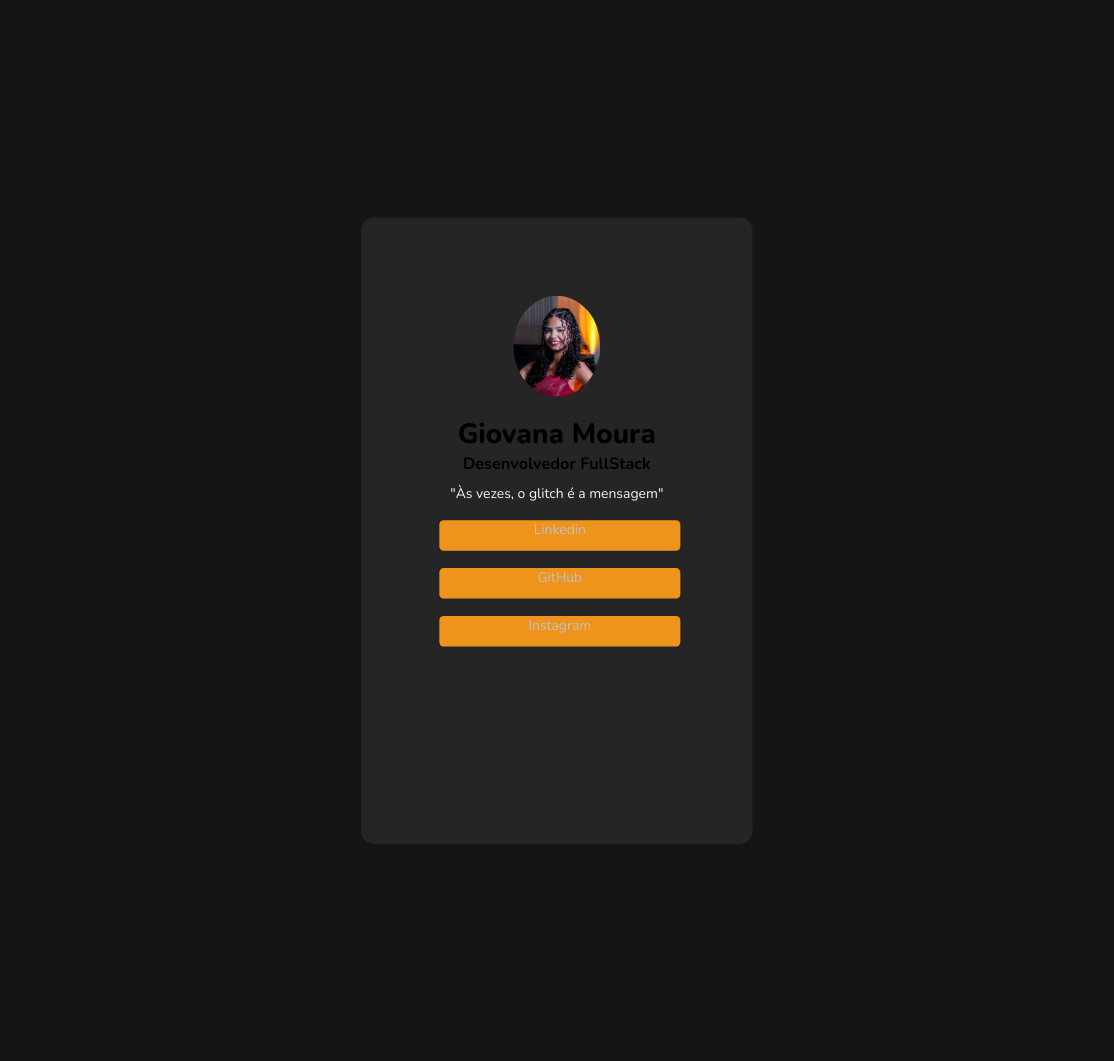
Repository: gimoli/linktree-giovana
Page: index.html
These files come from the project's save history. The page is drawn as it stood at one moment and after the next save; the edit follows.
The browser window is 1280 px wide. The pictures show the whole page, at 87% of full size.

Above is the page before, as saved 2025-04-11 09:06:33.

### index.html
<!DOCTYPE html>
<html lang="en">
<head>
    <meta charset="UTF-8">
    <meta name="viewport" content="width=device-width, initial-scale=1.0">
    <title>linktree Giovana</title>
    <link rel="stylesheet" href="style.css">
    <link rel="preconnect" href="https://fonts.googleapis.com">
<link rel="preconnect" href="https://fonts.gstatic.com" crossorigin>
<link href="https://fonts.googleapis.com/css2?family=Nunito:ital,wght@0,200..1000;1,200..1000&display=swap" rel="stylesheet">
</head>
<body>
    <div class="container-main">
        <div class="container-imagem">
            <img src="./image-profile.jfif" alt="foto perfil"/>
        </div>
        <div class="container-infos">
            <h1>Giovana Moura</h1>
            <h3>Desenvolvedor FullStack</h3>
        </div>
        <div class="container-easter-egg">
            <p>"Às vezes, o glitch é a mensagem"</p>
        </div>
        <div class="container-social">
            <ul>
                <li>
                    <a href="https://www.linkedin.com/in/giovana-moura-3543032bb/" target="_blank" class="botao-linktree-1">
                        Linkedin
                    </a>
                </li>
                <li>
                    <a href="https://github.com/gimoli" target="_blank" class="botao-linktree-2">
                        GitHub
                    </a>
                </li>
                <li>
                    <a href="https://www.instagram.com/gimoli_n?igsh=cTNvNDJ0M3owb3Vs&utm_source=qr" target="_blank" class="botao-linktree-3">
                        Instagram
                    </a>
                </li>
            </ul>
        </div>
    </div>
</body>
</html>

### style.css
*{
    font-family: "Nunito", sans-serif;
    margin: 0;
    padding: 0;
    box-sizing: border-box;
}

body {
    background-color: rgb(21, 21, 21);
}

.container-main {
    background-color: rgb(37, 37, 37);
    width: 450px;
    height: 720px;
    box-sizing: border-box;
    margin: 250px auto;
    padding: 90px;
    border-radius: 15px;
    text-align: center;
}

.container-imagem img{
    margin: 0 60px;
    width: 100px;
    border-radius: 100%;
}

.container-infos {
    margin-top: 15px;
    margin-bottom: 10px;
}

.container-infos h1 {
    font-weight: 800;
}

.container-infos h2{
  color: #e32363;
    margin-top: 10px;
    margin-bottom: px;
    font-weight: 600;
    font-size: 18px;
}

.container-easter-egg {
    margin-bottom: 15px;
    color: aliceblue;
}

.container-social ul{
    list-style-type: none;
}

.container-social a{
    text-decoration: none;
    color: rgb(194, 194, 194);
}

.container-social li{
  width: 277px;
  height: 35px;
  background-color: rgb(238, 147, 27);
  margin: 20px 0;
  border-radius: 5px;

}

After the next save:
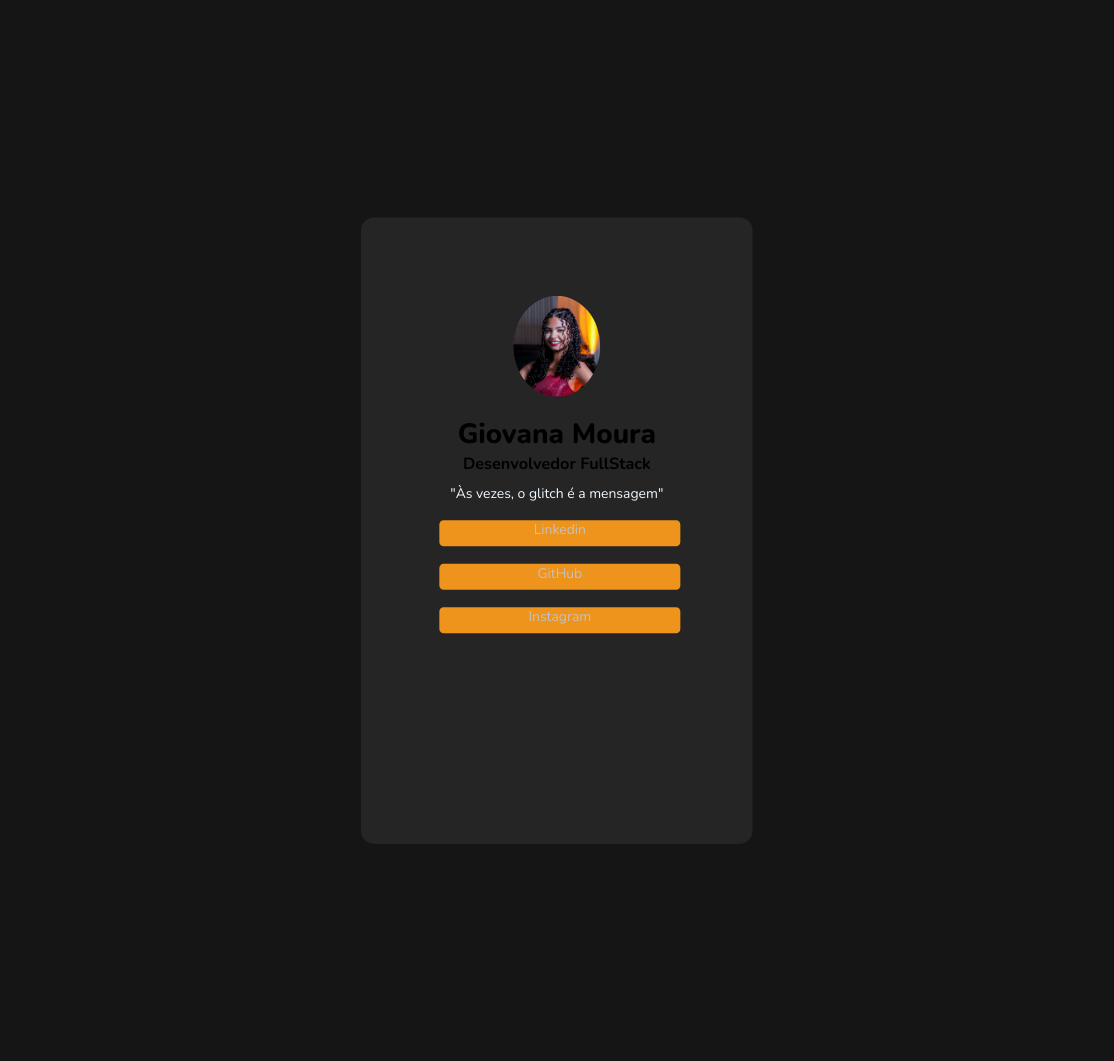
Saved 4 s later.
--- a/style.css
+++ b/style.css
@@ -59,7 +59,7 @@ body {
 
 .container-social li{
   width: 277px;
-  height: 35px;
+  height: 30px;
   background-color: rgb(238, 147, 27);
   margin: 20px 0;
   border-radius: 5px;
